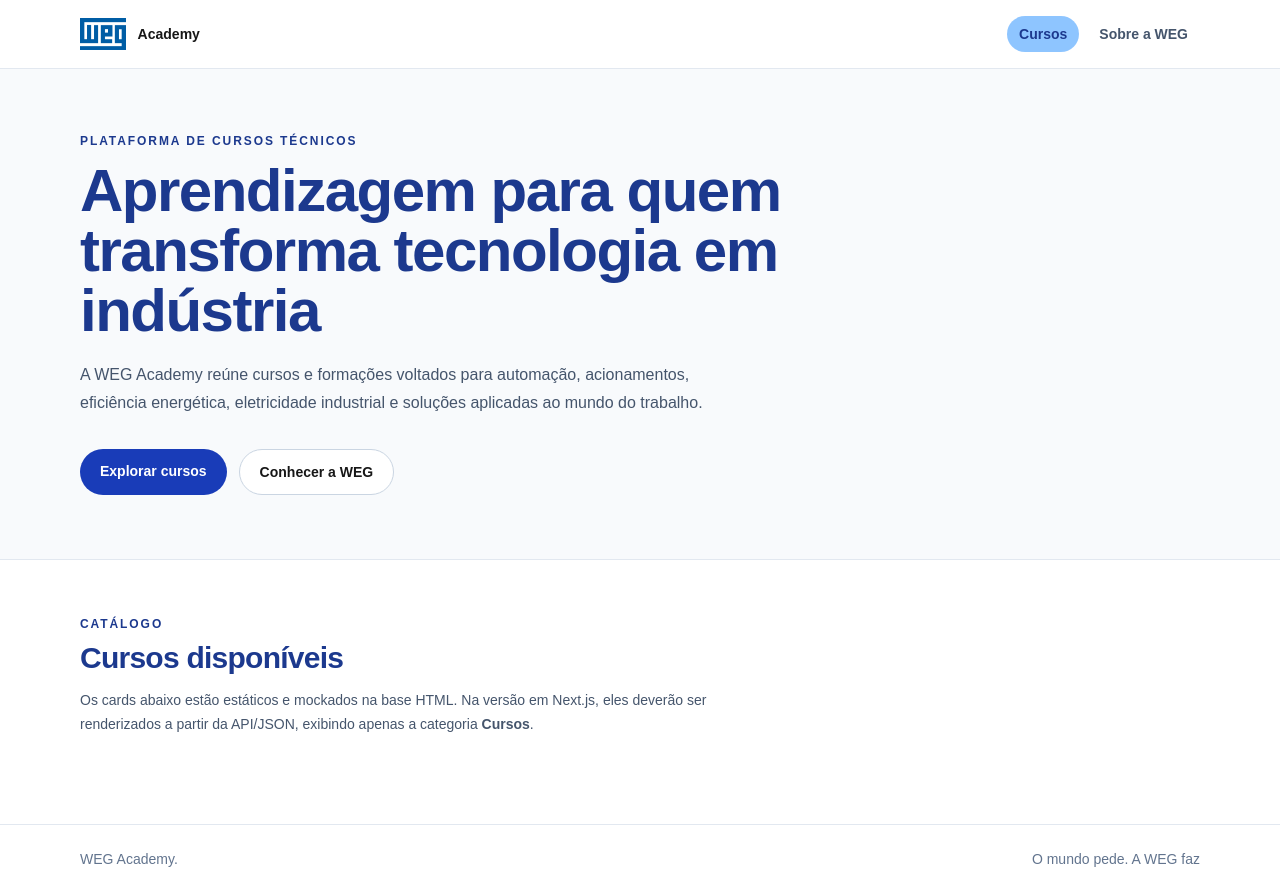
Repository: juniorAntunes910/Prova-Next-Junior_Gabriel_Antunes_de_Souza-Correta
Page: / (app in prova/)
An editor plug-in stored every save of this project. The page is shown before and after a run of saves, followed by the edit.
The browser window is 1280 px wide. The pictures show the whole page.
The page's requests for data from a server got no answer. The project was rebuilt for these pictures with package versions that can differ from the ones it lists, and the page was loaded fresh each time. The framework's server and built-in components were replaced by stand-ins that run in the browser. No one was signed in, and anything a server would have sent is missing. Also part of the build but not shown: prova/next.config.mjs, prova/src/components/Cards.js.

Above is the page before, as saved 2026-07-10 09:12:52.

After the next 2 saves:
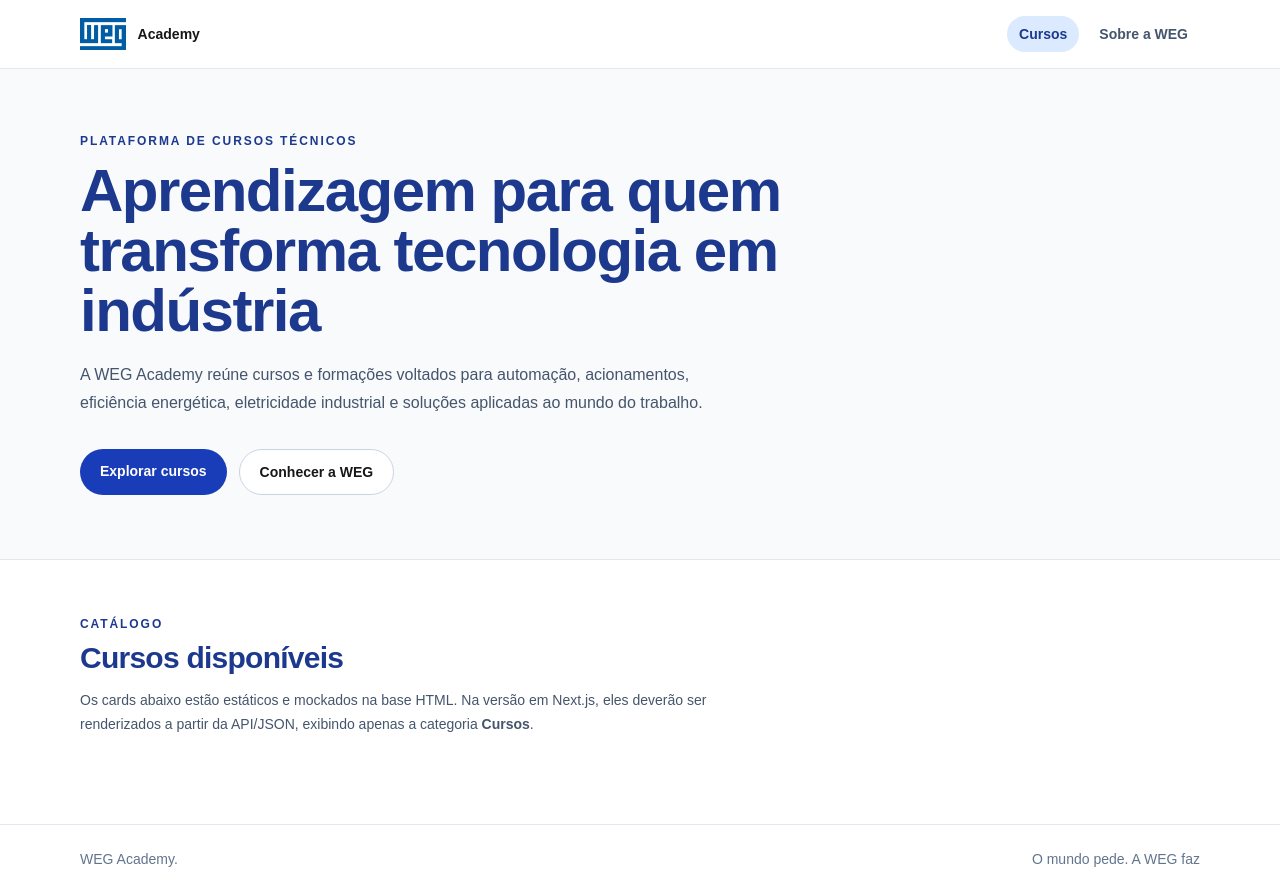
The 2 saves are shown as one change because they came seconds apart.
The last was saved 10 s later.
--- a/prova/src/components/Topbar.js
+++ b/prova/src/components/Topbar.js
@@ -4,7 +4,7 @@
 import Link from "next/link";
 export default function Topbar() {
   const path = usePathname();
-  const active = "rounded-full bg-blue-300 px-3 py-2 text-blue-900";
+  const active = "rounded-full bg-blue-100 px-3 py-2 text-blue-900";
   const desative = "rounded-full  px-3 py-2 text-blue-900";
 
   return (
